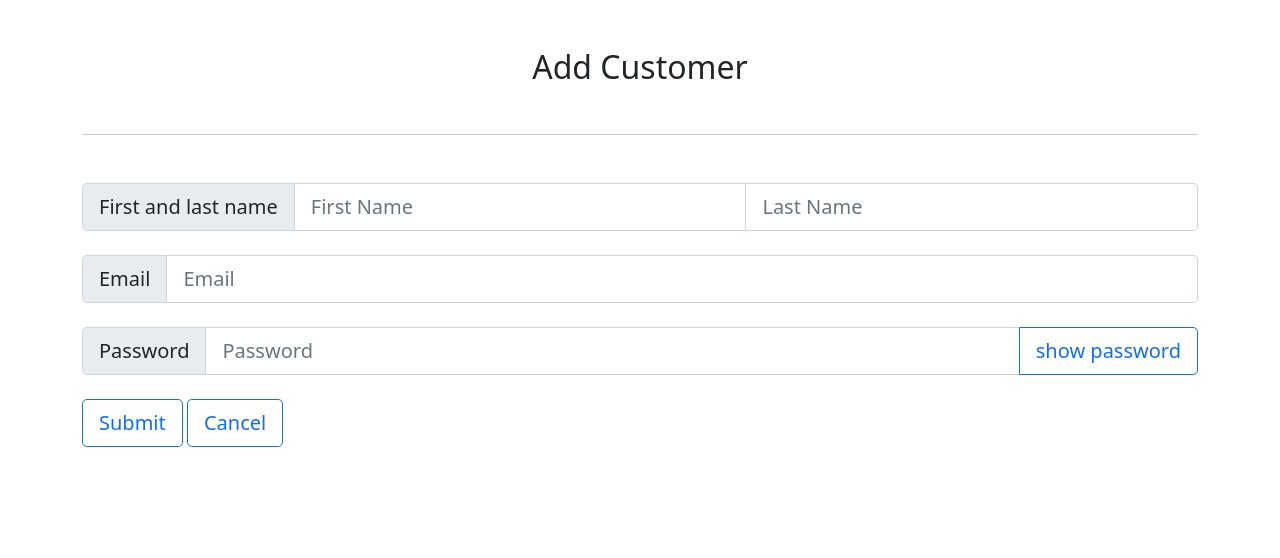
Repository: valletivarish/monojsp
Page: http://localhost/11-bank-application/add-customer.jsp
An editor plug-in stored every save of this project. The page is shown before and after the next save, followed by the edit.
The browser window is 1280 px wide. The pictures show the whole page.
The page is served by Tomcat 9.

Above is the page before, as saved 2024-07-21 10:03:00.

After the next save:
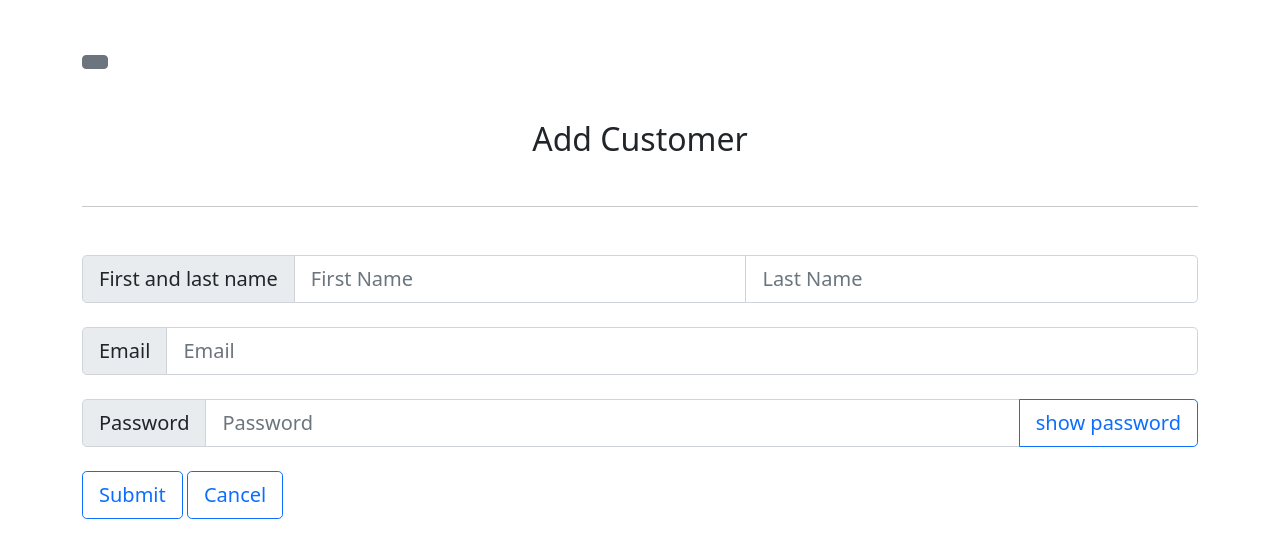
Saved 119 s later.
--- a/11-bank-application/WebContent/add-customer.jsp
+++ b/11-bank-application/WebContent/add-customer.jsp
@@ -9,6 +9,7 @@
 </head>
 <body>
     <div class="container my-5">
+        <a class="btn btn-secondary"></a>
         <h2 class="text-center my-5">Add Customer</h2>
         <hr>
         <form action="admin" method="post">
